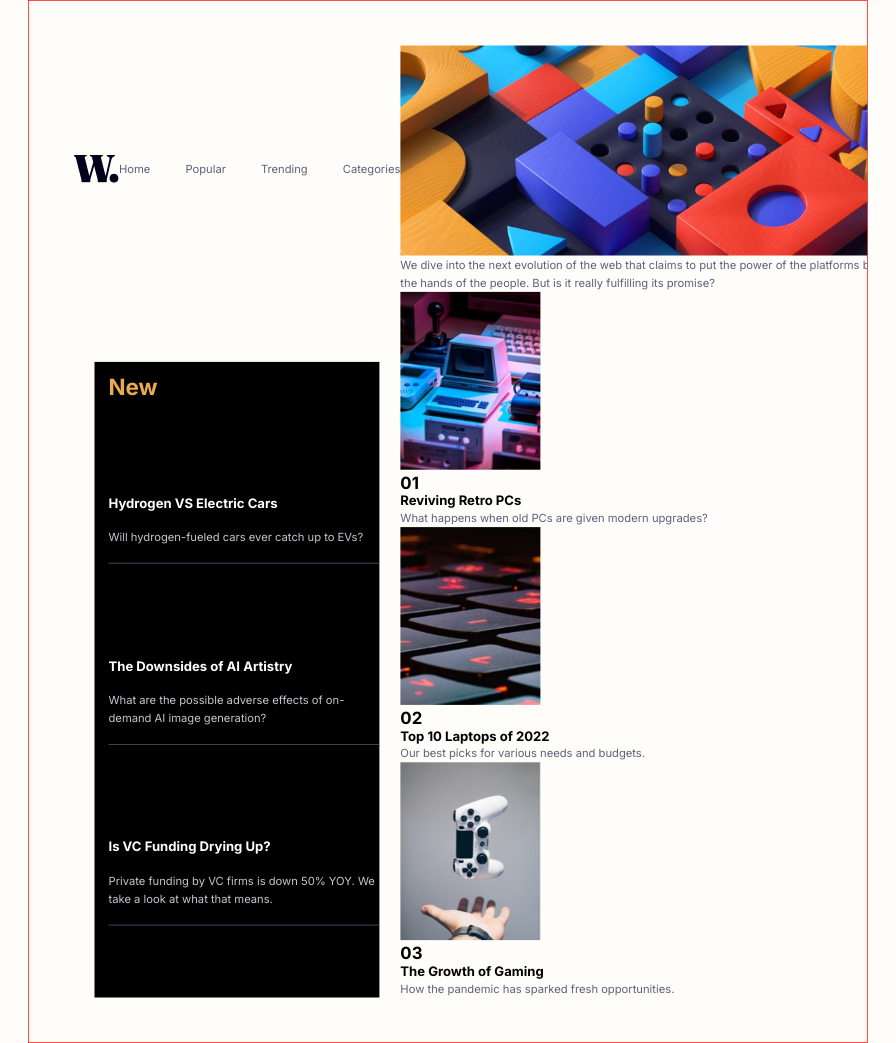
Repository: Arkitecth/news-webpage
Page: index.html
These files come from the project's save history. The page is drawn as it stood at one moment and after the next save; the edit follows.
The browser window is 1280 px wide. The pictures show the part of the page from y = 0 to 1920 px (the page is 1490 px tall before and 3154 px after), at 70% of full size.

Above is the page before, as saved 2023-06-07 20:15:37.

### index.html
<!DOCTYPE html>
<html lang="en">
<head>
  <meta charset="UTF-8">
  <meta name="viewport" content="width=device-width, initial-scale=1.0"> <!-- displays site properly based on user's device -->
  <title>News homepage</title>
  <link rel="stylesheet" media="screen and (max-width:1440px)"href="style.css">
  <link rel="stylesheet" media="screen and (min-width:320px) and (max-width:768px)" href="mobile.css">
</head>
<body>
  <main>
    <nav class="flex-container">
      <img class="logo" src="assets/images/logo.svg" alt="logo">
      <div class="hamburger-menu">
        <img class="icon-menu" src="assets/images/icon-menu.svg" alt="icon-menu">
          <ul class="menu-items">
            <li><a href="#"> Home </a> </li>
            <li><a href="#"> Popular </a></li>
            <li><a href="#">Trending </a></li>
            <li><a href="#">Categories</a></li>
          </ul>
      </div>
    </nav>

    <section class="showcase-card">
      <img class="background-image" src="assets/images/image-web-3-mobile.jpg" alt="background-image">
      <h1>The Bright Future of Web 3.0? </h1>
      <p> We dive into the next evolution of the web that claims to put the power of the platforms back into the hands of the people.
        But is it really fulfilling its promise? </p>
      <a class="primary-btn" href="#">Read more </a>
    </section>

    <section class="news-card">
      <h2>New</h2>
      <article>
        <h3>Hydrogen VS Electric Cars</h3>
        <p>Will hydrogen-fueled cars ever catch up to EVs?  </p>
      </article>

      <article>
        <h3>The Downsides of AI Artistry </h3>
        <p>What are the possible adverse effects of on-demand AI image generation?</p>
      </article>
      <article>
        <h3>Is VC Funding Drying Up?</h3>
        <p>Private funding by VC firms is down 50% YOY. We take a look at what that means.</p>
      </article>
  </section>

  <section class="game-card">
    <article>
      <img src="assets/images/image-retro-pcs.jpg" alt="image-retro-pcs">
      <div class="game-content">
        <h2>01</h2>
        <h3>Reviving Retro PCs</h3>
        <p>What happens when old PCs are given modern upgrades?</p>
      </div>
    </article>

    <article>
      <img src="assets/images/image-top-laptops.jpg" alt="image-top-laptops">
      <div class="game-content">
        <h2>02</h2>
        <h3>Top 10 Laptops of 2022</h3>
        <p>Our best picks for various needs and budgets.</p>
      </div>
    </article>

    <article>
      <img src="assets/images/image-gaming-growth.jpg" alt="image-top-laptops">
      <div class="game-content">
        <h2>03</h2>
        <h3>The Growth of Gaming</h3>
        <p>How the pandemic has sparked fresh opportunities.</p>
      </div>
    </article>

  </section>

  </main>
<script src="script.js"></script>






</body>
</html>

### style.css
@import url('https://fonts.googleapis.com/css2?family=Inter:wght@400;700;800&display=swap');

:root {
    --dark-primary: #00001A;
    --dark-secondary:#5E607A;
    --almost-white:#FFFDFA;
    --primary-color:#F15D51;
    --list-color:#5E607A
}

/* Main Styling */
* {
    margin: 0;
    padding: 0;
    box-sizing: border-box;
}


p {
    color: #5E607A;
    line-height: 26px;
}

body {
    font-family: 'Inter', sans-serif;
    background: #FFFDFA;
}

main {
    max-width: 1200px;
    margin: auto;
    padding: 4rem 4rem;
    overflow: hidden;
    border: 1px solid red;
    display: grid;
    grid-template-columns: 1fr 1fr;
}

.icon-menu {
    display: none;
}

.flex-container {
    display: flex;
    justify-content: space-between;
    align-items: center;
}

.menu-items li  {
    list-style-type: none;
}
.menu-items {
    display: flex;
    justify-content: space-evenly;
    gap: 50px;
}
.menu-items li a {
    color: var(--list-color);
    text-decoration: none;
}

.menu-items li a:hover {
    color: var(--primary-color);
}

.background-image {
    content: url("assets/images/image-web-3-desktop.jpg");
    width: 730px;
}

/* Showcase */
.showcase-card {
    display: grid;
    grid-template-columns: 1fr 1fr;
}
.news-card {
    display: grid;
    justify-content: center;
    background-color: black;
    color: #FFFDFA;
    margin: 100px 30px 0 30px;
    padding-left: 20px;
}

.news-card h2 {
    color: #E9AA52;
    font-size: 2rem;
    padding-top: 1rem;
}

.news-card article h3 {
    padding-bottom: 1.5rem;
    padding-top: 2rem;
}

.news-card article p {
    padding-bottom: 1.5rem;
    border-bottom: 1px solid #5E607A;
    color: #C5C6CE;
}

### script.js
const hamburger = document.querySelector(".hamburger-menu");
const iconMenu = document.querySelector(".icon-menu");
const menuItems = document.querySelector(".menu-items");
const backgroundImage = document.querySelector(".background-image");

const body = document.querySelector("body");
iconMenu.addEventListener("click", () => {
    hamburger.classList.toggle("menu-box");
    iconMenu.classList.toggle("toggle-icon");
    menuItems.classList.toggle("toggle-menu-items");
    body.classList.toggle("toggle-dark");
    backgroundImage.classList.toggle("toggle-background-brightness");
})
iconMenu.src = "assets/images/icon-menu.svg";

### mobile.css
:root {
    --dark-primary: #00001A;
    --dark-secondary:#5E607A;
    --almost-white:#FFFDFA;
    --primary-color:#F15D51;
}
main {
    display: grid;
    grid-template-rows: auto auto auto auto;
}

.flex-container {
    display: flex;
    justify-content: space-between;
    align-items: center;
}

.container {
    margin: 1.25rem;
}

.logo {
    margin: 1.25rem;
}


/* Menu and Nav */
.icon-menu {
    display: block;
}
.menu-items {
    list-style-type: none;
    display: none;
    font-size: 1.125rem;
}

.menu-items li {
    padding: 20px;
}


.menu-items li a {
    text-decoration: none;
    color: #00001A;

}


.hamburger-menu {
    margin: 20px;
}

.toggle-dark {
    background-color: rgba(18, 23, 37, 0.6);
}

.menu-box {
    position: absolute;
    margin: 0;
    top: 0;
    right: 0;
    height: 100vh;
    width: 40vh;
    background-color: var(--almost-white);
    z-index: 1;
}


.toggle-icon {
    content: url("assets/images/icon-menu-close.svg");
    padding-top: 20px;
    margin-left: 80%;
}

.toggle-menu-items {
    display: block;
    padding: 20px;
}

.toggle-background-brightness {
    filter: brightness(50%);
}


/* Showcase Card */

.background-image {
    width: 343px;
}

.showcase-card {
    display: grid;
    grid-template-rows: repeat(1fr 1fr 1fr 1fr);
    align-content: center;
    justify-content: center;
}

.showcase-card h1 {
    font-size: 2.5rem;
    font-weight: 800;
    width: 21.4375rem;
    padding: 1rem 0 1rem 0;
}

.showcase-card p {
    width: 21.4375rem;
}

.primary-btn {
    margin-top: 20px;
}

.primary-btn {
    text-decoration: none;
    text-transform: uppercase;
    background-color: var(--primary-color);
    color: var(--almost-white);
    width: 185px;
    height: 48px;
    font-weight: 700;
    font-size: 14px;
    text-align: center;
    padding-top: 15px;
    letter-spacing: 4.38px;
}

.primary-btn:hover {
    background-color: #00001A;
}

/* News Card */
.news-card {
    display: grid;
    justify-content: center;
    background-color: black;
    color: #FFFDFA;
    margin: 100px 30px 0 30px;
    padding-left: 20px;
}

.news-card h2 {
    color: #E9AA52;
    font-size: 2rem;
    padding-top: 1rem;
}

.news-card article h3 {
    padding-bottom: 1.5rem;
    padding-top: 2rem;
}

.news-card article p {
    padding-bottom: 1.5rem;
    border-bottom: 1px solid #5E607A;
    color: #C5C6CE;
}

/* Game Card */

.game-card {
    display: grid;
    grid-template-rows: 1fr 1fr 1fr;
    margin: 100px 30px 0 30px;
    justify-content: center;
    padding-bottom: 100px;
    align-items: center;
    gap:30px
}

.game-card img {
    width: 100px;
    height: 129px;
}

.game-card article {
    display: grid;
    grid-template-columns: auto 1fr;
}

.game-content {
   padding-left: 20px;
}

.game-content h2 {
    color: #C5C6CE;
    font-size: 2rem;
    padding-bottom: 0.5rem;
}

.game-content h3 {
    padding-bottom: 1rem;
}

After the next save:
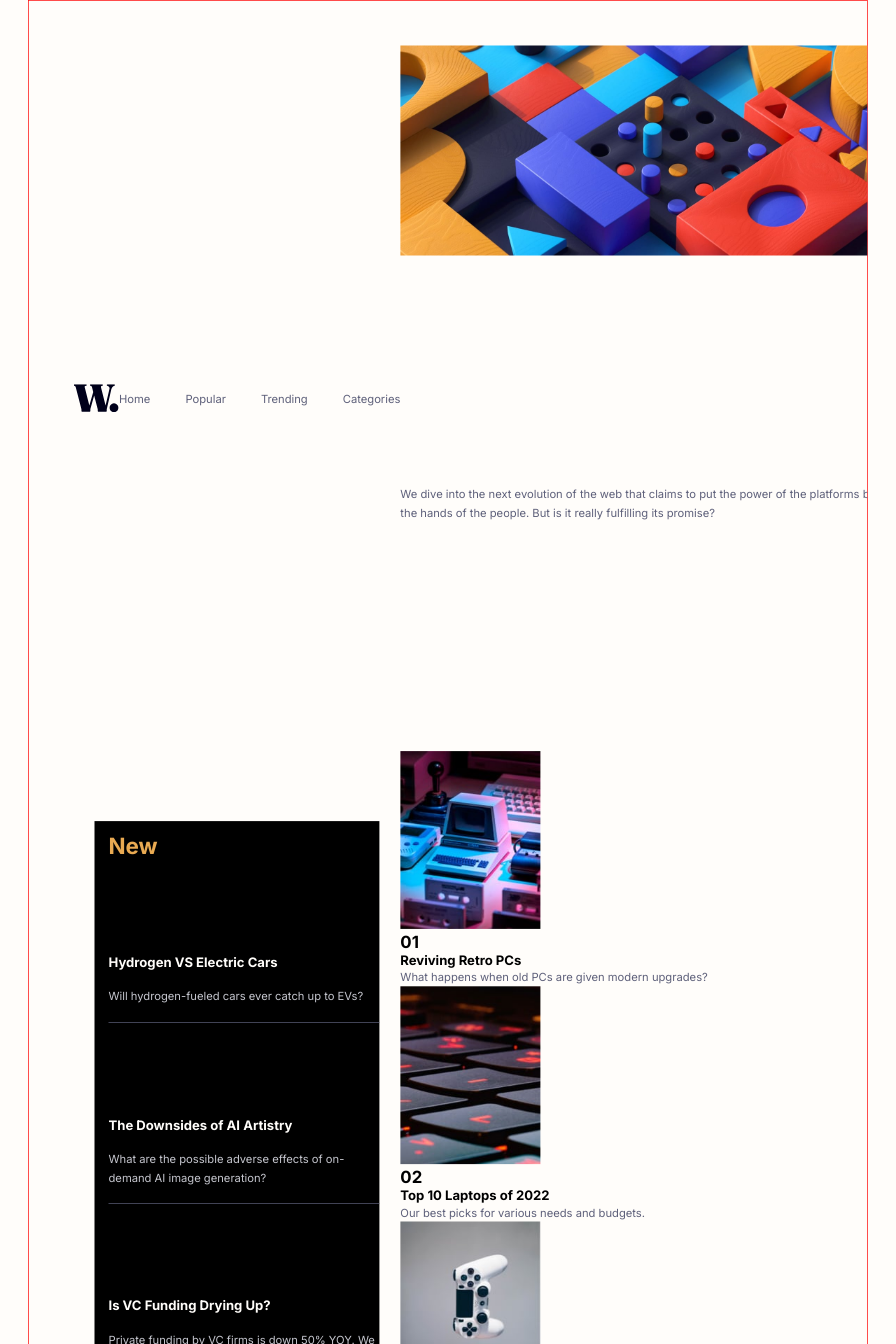
Saved 9 s later.
--- a/style.css
+++ b/style.css
@@ -34,6 +34,7 @@
     border: 1px solid red;
     display: grid;
     grid-template-columns: 1fr 1fr;
+    grid-template-rows: 1fr 1fr 1fr;
 }
 
 .icon-menu {
